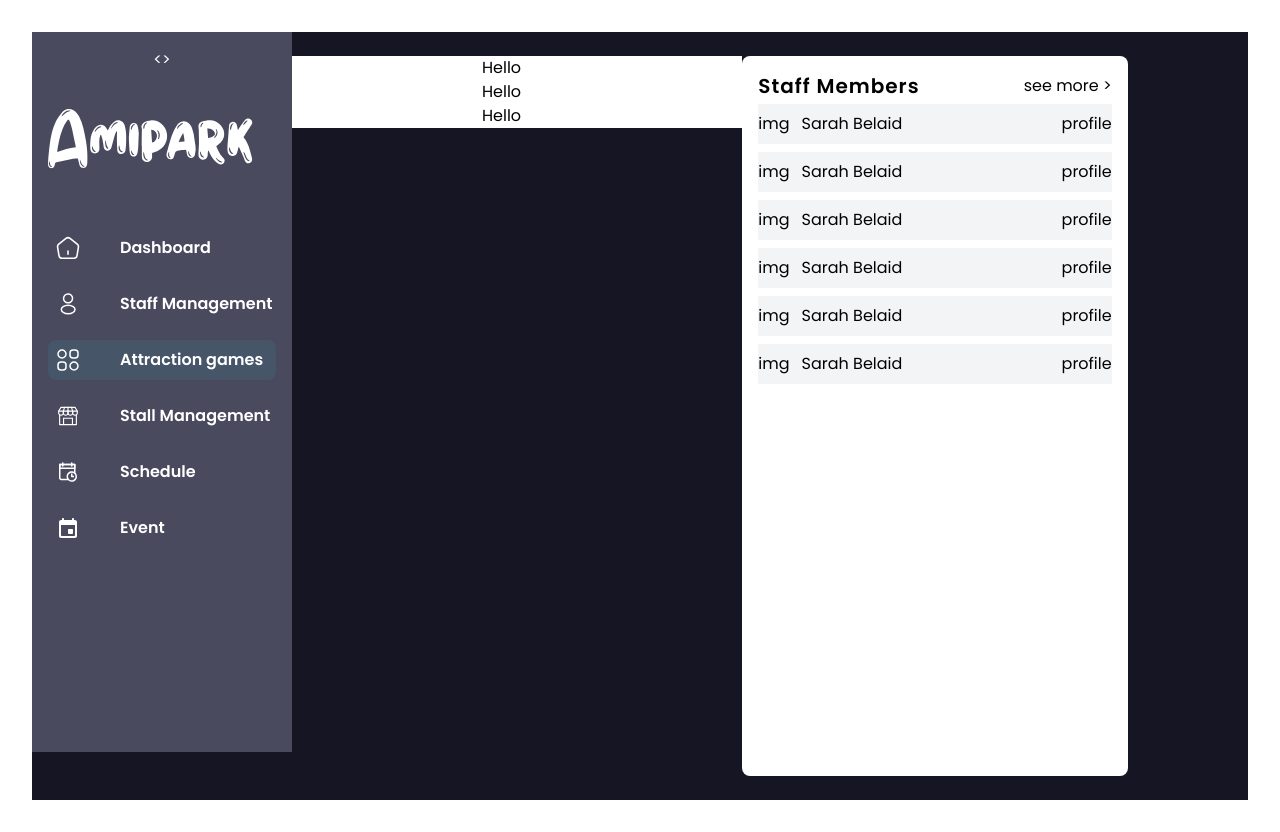
Repository: ImedBousakhria/BDD_AmusementPark_Management-Info
Page: /Attraction (app in client/)
An editor plug-in stored every save of this project. The page is shown before and after the next save, followed by the edit.
The browser window is 1280 px wide. The pictures show the whole page.
The project was rebuilt for these pictures with package versions that can differ from the ones it lists, and the page was loaded fresh each time. Also part of the build but not shown: client/vite.config.js, client/src/SignIn.jsx, client/src/Signup.jsx, client/src/LandingPage.jsx, client/src/components/Selector.jsx, client/src/components/GameCard.jsx, client/src/Schedule.jsx, client/src/components/charts/AttendanceBars.jsx and 8 more.

Above is the page before, as saved 2024-01-10 14:28:42.

After the next save:
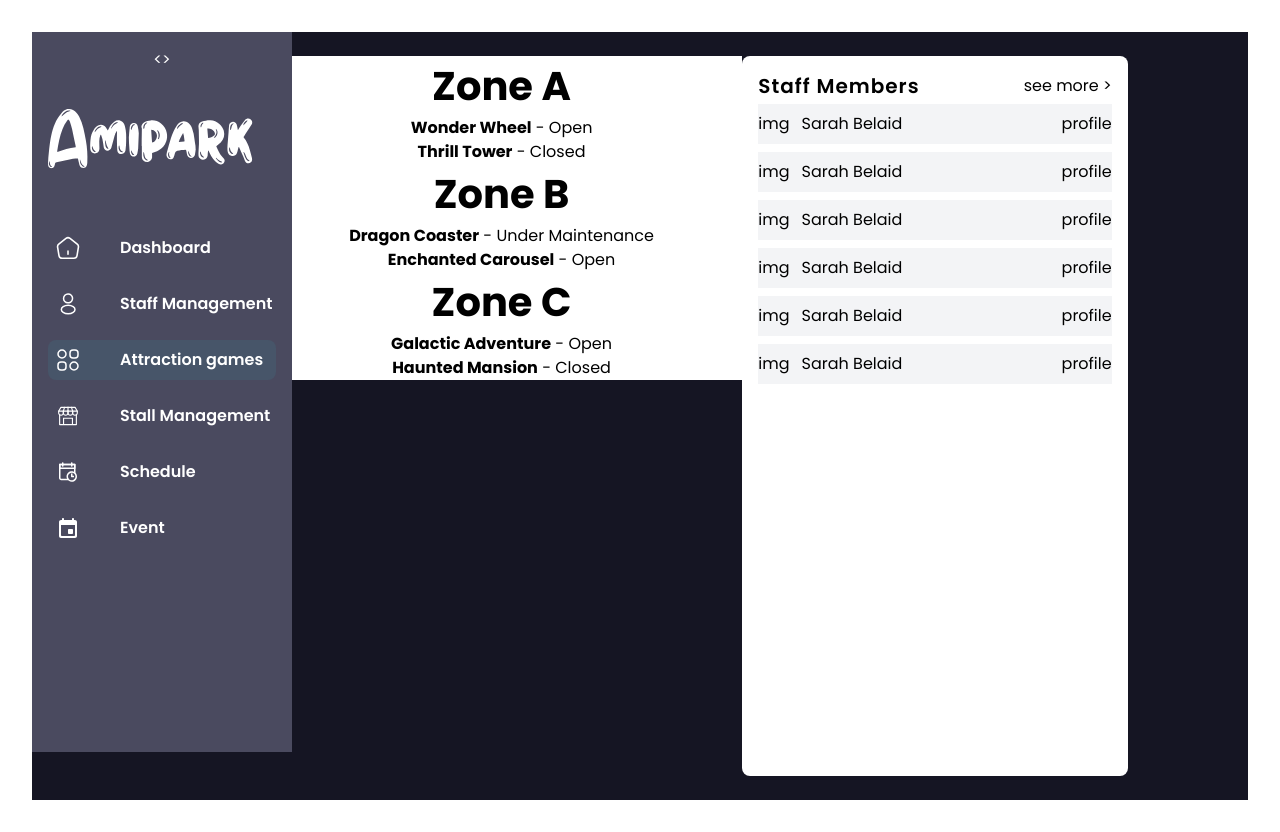
Saved 66 s later.
--- a/client/src/Attractions.jsx
+++ b/client/src/Attractions.jsx
@@ -5,13 +5,23 @@ import { zones } from "./consts";
 const Attractions = () => {
   return (
     <div className="flex min-h-screen">
-      <div className=" basis-[50%]">
-      {zones.map((el, i) => (
-          <div key={i} className="bg-white">Hello </div>
+      <div className="basis-[50%]">
+        {zones.map((zone, zoneIndex) => (
+          <div key={zoneIndex} className="bg-white">
+            <h2>{zone.title}</h2>
+            <div>
+              {zone.games.map((game, gameIndex) => (
+                <div key={gameIndex}>
+                  <strong>{game.title}</strong> - {game.status}
+                </div>
+              ))}
+            </div>
+          </div>
         ))}
-        </div>
-      <div className=" basis-[50%]"><StaffList /></div>
-
+      </div>
+      <div className="basis-[50%]">
+        <StaffList />
+      </div>
     </div>
   );
 };
